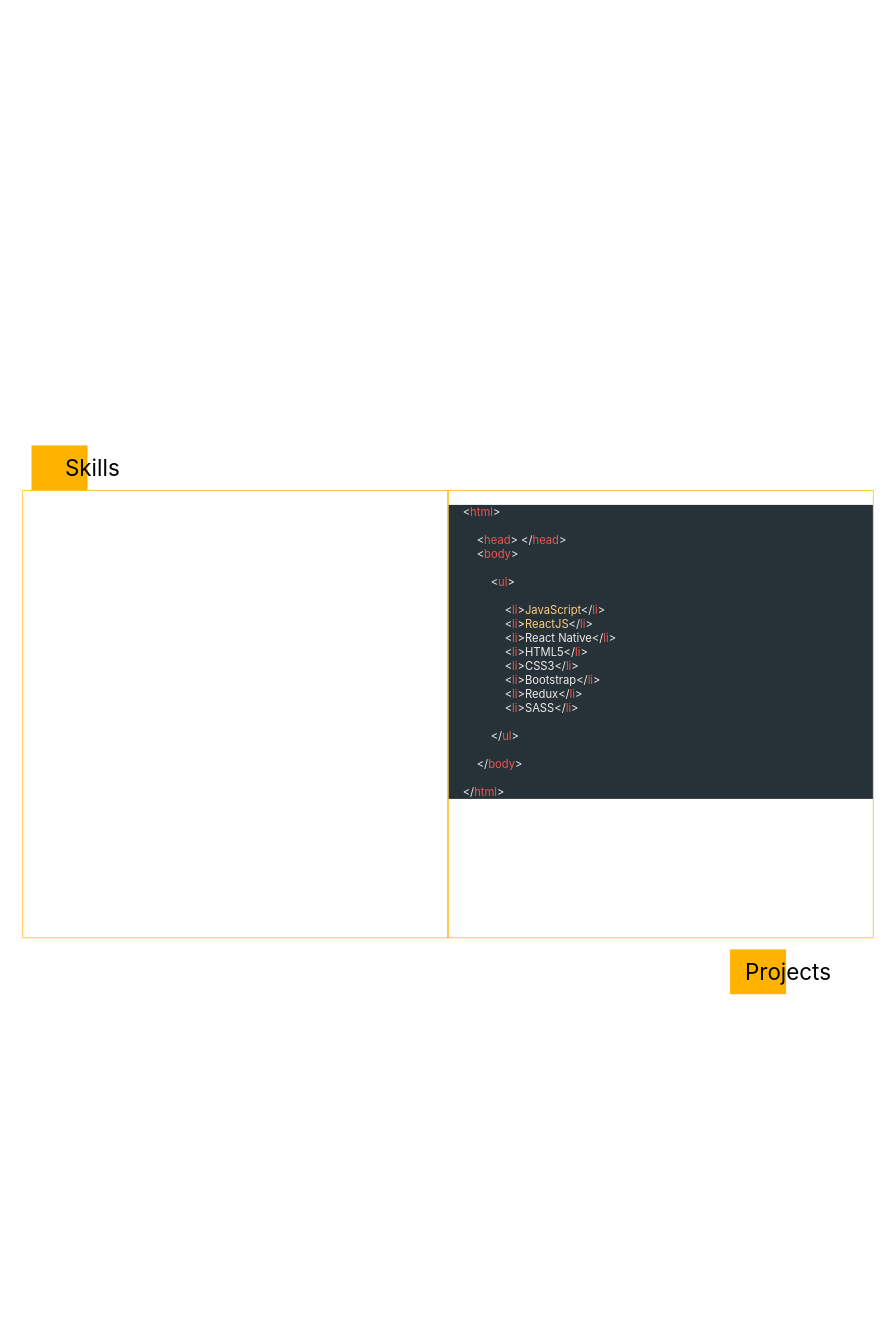
Repository: SebastianArmata22/Portfolio
Page: /
An editor plug-in stored every save of this project. The page is shown before and after the next save, followed by the edit.
The browser window is 1280 px wide. The pictures show the part of the page from y = 836 to 2756 px (the page is 3664 px tall), at 70% of full size.
The project was rebuilt for these pictures with package versions that can differ from the ones it lists, and the page was loaded fresh each time.

Above is the page before, as saved 2021-02-24 18:03:18.

### public/index.html
<!DOCTYPE html>
<html lang="en">
  <head>
    <meta charset="utf-8" />
    <link rel="icon" href="%PUBLIC_URL%/favicon.ico" />
    <meta name="viewport" content="width=device-width, initial-scale=1" />
    <meta name="theme-color" content="#000000" />
    <meta
      name="description"
      content="Web site created using create-react-app"
    />
    <link rel="apple-touch-icon" href="%PUBLIC_URL%/logo192.png" />
    <!--
      manifest.json provides metadata used when your web app is installed on a
      user's mobile device or desktop. See https://developers.google.com/web/fundamentals/web-app-manifest/
    -->
    <link rel="manifest" href="%PUBLIC_URL%/manifest.json" />
    <!--
      Notice the use of %PUBLIC_URL% in the tags above.
      It will be replaced with the URL of the `public` folder during the build.
      Only files inside the `public` folder can be referenced from the HTML.

      Unlike "/favicon.ico" or "favicon.ico", "%PUBLIC_URL%/favicon.ico" will
      work correctly both with client-side routing and a non-root public URL.
      Learn how to configure a non-root public URL by running `npm run build`.
    -->
    <title>Sebastian Armata</title>
  </head>
  <body>
    <noscript>You need to enable JavaScript to run this app.</noscript>
    <div id="root"></div>
    <!--
      This HTML file is a template.
      If you open it directly in the browser, you will see an empty page.

      You can add webfonts, meta tags, or analytics to this file.
      The build step will place the bundled scripts into the <body> tag.

      To begin the development, run `npm start` or `yarn start`.
      To create a production bundle, use `npm run build` or `yarn build`.
    -->
  </body>
</html>

### src/App.js
import './App.css'
//components
import Header from './components/header/Header'
import MainPage from './components/mainPage/MainPage'
import Skills from './components/skills/Skills'
import AboutMe from './components/aboutMe/AboutMe'
import Contact from './components/contact/Contact'
import Footer from './components/footer/Footer'
import Projects from './components/projects/Projects'

function App() {
  return (
    <div className="App">
      <header>
        <Header />
      </header>
      <main>
        <MainPage />
        <AboutMe />
        <Skills />
        <Projects />
        <Contact />
      </main>
      <footer>
        <Footer />
      </footer>
    </div>
  );
}

export default App;

### src/App.css
html, body,*{
    margin: 0;
    padding: 0;

}
*{
    box-sizing: border-box;
}

### src/components/header/Header.js
import classes from './header.module.scss'
import React from 'react'
import logo from '../../icons/logo_armata.svg'

const Header = ()=>{
    return(
        <div className={classes.header}>
            <img src={logo} alt="logo"></img>
            <ul>
                <li>About me</li>
                <li>Skills</li>
                <li>Projects</li>
                <li>Contact</li>
            </ul>
        </div>
    )
}
export default Header

### src/components/mainPage/MainPage.js
import classes from './mainPage.module.scss'
import React from 'react'

const MainPage = ()=>{
    return(
        <div className={classes.main_page_container}>
            <div>
                <p><span>Hello,</span></p>
                <p>I'm Sebastian Armata</p>
                <p>A Frontend <span>Developer</span></p>
            </div>
            <div></div>
        </div>
    )
}
export default MainPage

### src/components/skills/Skills.js
import classes from './skills.module.scss'
import React from 'react'

const Skills = ()=>{

    return(
        <div className={classes.skills}>
            <header>
                <p>Skills</p>
            </header>
            <main>
                <div></div>
                <div>
                <div className={classes.console_content}>
                            <ul>
                                <li>&lt;<span className={classes.html_text}>html</span>&gt;</li>
                                <li>
                                  <ul className="no-top-padding">
                                    <li>
                                      &lt;<span className={classes.html_text}>head</span>&gt;
                                      &lt;/<span className={classes.html_text}>head</span>&gt;
                                    </li>
                                    <li>&lt;<span className={classes.html_text}>body</span>&gt;</li>
                                    <li>
                                      <ul className="no-top-padding">
                                        <li>&lt;<span className={classes.html_text}>ul</span>&gt;</li>
                                        <ul className="no-top-padding">
                                          <li>
                                            &lt;<span className={classes.html_text}>li</span>&gt;
                                            <span className={classes.html_text_2}>JavaScript</span>
                                            &lt;/<span className={classes.html_text}>li</span>&gt;</li>
                                          <li>
                                            &lt;<span className={classes.html_text}>li</span>&gt;
                                            <span className={classes.html_text_2}>ReactJS</span>
                                            &lt;/<span className={classes.html_text}>li</span>&gt;
                                          </li>
                                          <li>
                                            &lt;<span className={classes.html_text}>li</span>&gt;
                                            <span className="html-2">React Native</span>
                                            &lt;/<span className={classes.html_text}>li</span>&gt;
                                          </li>
                                          <li>
                                            &lt;<span className={classes.html_text}>li</span>&gt;
                                            <span className="html-2">HTML5</span>
                                            &lt;/<span className={classes.html_text}>li</span>&gt;
                                          </li>
                                          <li>
                                            &lt;<span className={classes.html_text}>li</span>&gt;
                                            <span className="html-2">CSS3</span>
                                            &lt;/<span className={classes.html_text}>li</span>&gt;
                                          </li>
                                          <li>
                                            &lt;<span className={classes.html_text}>li</span>&gt;
                                            <span className="html-2">Bootstrap</span>
                                            &lt;/<span className={classes.html_text}>li</span>&gt;
                                          </li>
                                          <li>
                                            &lt;<span className={classes.html_text}>li</span>&gt;
                                            <span className="html-2">Redux</span>
                                            &lt;/<span className={classes.html_text}>li</span>&gt;
                                          </li>

                                          <li>
                                            &lt;<span className={classes.html_text}>li</span>&gt;
                                            <span className="html-2">SASS</span>
                                            &lt;/<span className={classes.html_text}>li</span>&gt;
                                          </li>

                                        </ul>
                                        <li>&lt;/<span className={classes.html_text}>ul</span>&gt;</li>
                                      </ul>
                                    </li>
                                    <li>&lt;/<span className={classes.html_text}>body</span>&gt;</li>
                                  </ul>
                                </li>
                                <li>&lt;/<span className={classes.html_text}>html</span>&gt;</li>
                            </ul>
                        </div>
                    <div>
                    </div>
                </div>
            </main>
        </div>
    )
}
export default Skills

### src/components/aboutMe/AboutMe.js
import classes from './aboutme.module.scss'
import React from 'react'

const AboutMe = ()=>{
    return(
        <div className={classes.aboutMe}>
            <header>
                <p>About me</p>
            </header>
        </div>
    )
}
export default AboutMe

### src/components/contact/Contact.js
import classes from './contact.module.scss'
import React from 'react'

const Contact = ()=>{
    return(
        <div className={classes.contact}>
        <header>
            <p>Contact</p>
        </header>
    </div>
    )
}
export default Contact

### src/components/footer/Footer.js
import classes from './footer.module.scss'
import React from 'react'

const Footer = ()=>{
    return(
        <div className={classes.footer}>
            <p>Sebastian Armata </p>
        </div>
        )
}
export default Footer

### src/components/projects/Projects.js
import classes from './projects.module.scss'
import React from 'react'

const Projects = ()=>{
    return(
        <div className={classes.projects}>
            <header>
                <p>Projects</p>
            </header>
        </div>
    )
}
export default Projects

### src/components/header/header.module.scss
@import '../../variables.scss';

.header{
    height: 5rem;
    width: 100%;
    background-color: $third-main-color;
    display: flex;
    align-items: center;
    justify-content: space-between;
    padding: 1rem;
    img{
        padding: 0 2rem;
        height: 50px;
    }
    ul{
        display: flex;
        align-items: center;
        justify-content: space-between;
        width: 50%;
        li{
            list-style: none;
            text-align: center;
            color: $second-main-color;
            width: 10rem;
            font-size: 1rem;
            cursor: pointer;
            &:hover{
                color: $first-main-color;
            }
        }
    }
}

### src/components/mainPage/mainPage.module.scss
@import '../../variables.scss';

.main_page_container{
    height: calc(100vh - 5rem);
    width: 100%;
    background-color: $third-main-color;
    @include flex-container;
    padding: 3rem;
    div{
        width: 50%;
        height: 100%;
        display: flex;
        justify-content: center;
        flex-direction: column;
    }
    p{
        color: $second-main-color;
        font-size: 2rem;
        span{
            color: $first-main-color;
            font-size: 3rem;
        }
    }
}

### src/components/skills/skills.module.scss
@import '../../variables.scss';
.skills{
    width: 100%;
    height: 100vh;
    padding: 2rem;
    header{
        @include flex-container;
        p{
            position: relative;
            font-size: 2rem;
            height: 4rem;
            width: 90%;
            display: flex;
            align-items: center;
            &::after{
                display: block;
                content: "";
                    width: 5rem;
                    height: 100%;
                    z-index: -1;
                    position: absolute;
                    top:0;
                    left: -3rem;
                    background-color: $first-main-color;
            }
        }
    }
    main{
        display: flex;
        >div{
            width: 50%;
            height: calc(100vh - 5rem);
            border: 1px solid $first-main-color;
        }
    }
}
.console_content{
    background-color: #263238;
}
.programming {
    display: inline-block;
    width: 100%;
  }

  .sub-heading{
     font-size: 30px;
    font-weight: 400px;
    text-transform: uppercase;
    text-align: center;
    margin: 0px;

  }
  .title{
    color: #fd7070;
    font-weight: bold;
  }
  .container{
    display:flex;
    padding-top: 20px;
    padding-bottom: 20px;
  }

  .programming-skill {
    float: left;
    margin-right: 10px;
    margin-top: 10px;
  }

  .console-header {
    background: #CFD8DC;
    height: 20px;
  }

  .console-button {
    width: 10px;
    height: 10px;
    border-radius: 50%;
    float: left;
    margin-left: 5px;
  }

  .console-buttons {
    float: right;
    margin-right: 5px;
    margin-top: 5px;
  }

  .btn-1 {
    background: #8BC34A;
  }

  .btn-2 {
    background: #FFB74D;
  }

  .btn-3 {
    background: #D32F2F;
  }

  ul {
    list-style: none;
    color: #EFEBE9;
    padding-left: 20px;
    padding-right: 20px;
    margin-top: 20px;
    margin-bottom: 20px;
  }

  .no-top-padding {
    margin-top: 0;
    margin-bottom: 0;
    padding-left: 10px;
    padding-right: 0px;
  }

  .html_text {
    color: #EF5350;
  }

  .html_text_2 {
    color: #FFCC80;
  }

### src/components/aboutMe/aboutme.module.scss
@import '../../variables.scss';

.aboutMe{
    width: 100%;
    height: 100vh;
    padding: 2rem;
    header{
        @include flex-container;
        p{
            position: relative;
            font-size: 2rem;
            height: 4rem;
            width: 90%;
            display: flex;
            align-items: center;
            justify-content: flex-end;
            &::after{
                display: block;
                content: "";
                    width: 5rem;
                    height: 100%;
                    z-index: -1;
                    position: absolute;
                    top:0;
                    right: -2rem;
                    background-color: $first-main-color;
            }
        }
    }
}

### src/components/contact/contact.module.scss
@import '../../variables.scss';
.contact{
    width: 100%;
    height: 100vh;
    padding: 2rem;
    header{
        @include flex-container;
        p{
            position: relative;
            font-size: 2rem;
            height: 4rem;
            width: 90%;
            display: flex;
            align-items: center;
            &::after{
                display: block;
                content: "";
                    width: 5rem;
                    height: 100%;
                    z-index: -1;
                    position: absolute;
                    top:0;
                    left: 4rem;
                    background-color: $first-main-color;
            }
        }
    }
}

### src/components/footer/footer.module.scss
@import '../../variables.scss';
.footer{
    height: 4rem;
    background-color: $first-main-color;
    @include flex-container;
    color: $second-main-color;
    font-size: 1.25rem;
}

### src/components/projects/projects.module.scss
@import '../../variables.scss';
.projects{
    width: 100%;
    height: 100vh;
    padding: 2rem;
    header{
        @include flex-container;
        p{
            position: relative;
            font-size: 2rem;
            height: 4rem;
            width: 90%;
            display: flex;
            align-items: center;
            justify-content: flex-end;
            &::after{
                display: block;
                content: "";
                    width: 5rem;
                    height: 100%;
                    z-index: -1;
                    position: absolute;
                    top:0;
                    right: 4rem;
                    background-color: $first-main-color;
            }
        }
    }
}

### src/variables.scss
$first-main-color: #FFB300;
$second-main-color: #fff;
$third-main-color:#000;
@mixin flex-container {
    display: flex;
    align-items: center;
    justify-content: center;
}

Loaded but not shown: src/index.js (common file); src/index.css (common file); src/reportWebVitals.js (common file)

After the next save:
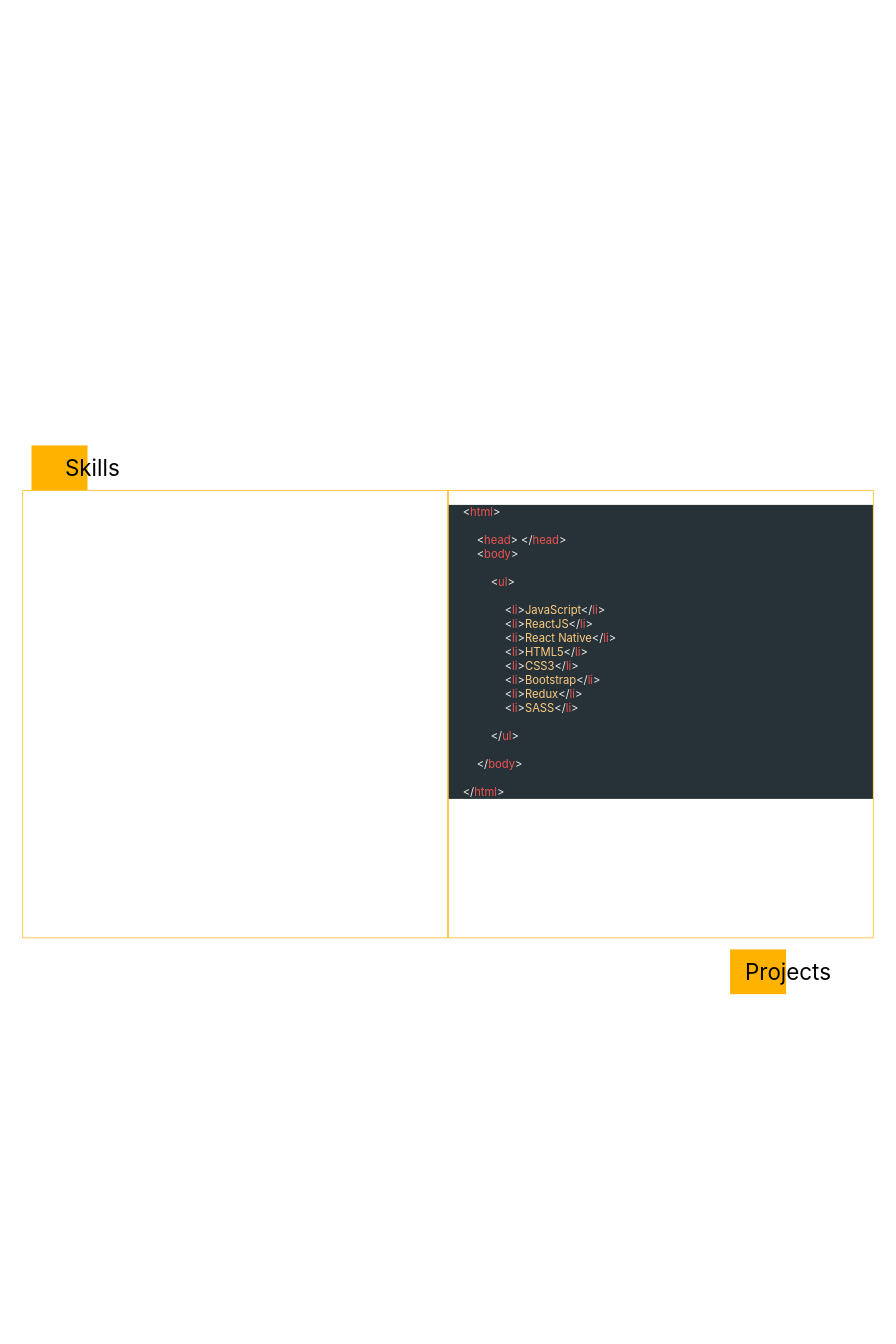
Saved 40 s later.
--- a/src/components/skills/Skills.js
+++ b/src/components/skills/Skills.js
@@ -36,36 +36,34 @@ const Skills = ()=>{
                                           </li>
                                           <li>
                                             &lt;<span className={classes.html_text}>li</span>&gt;
-                                            <span className="html-2">React Native</span>
+                                            <span className={classes.html_text_2}>React Native</span>
                                             &lt;/<span className={classes.html_text}>li</span>&gt;
                                           </li>
                                           <li>
                                             &lt;<span className={classes.html_text}>li</span>&gt;
-                                            <span className="html-2">HTML5</span>
+                                            <span className={classes.html_text_2}>HTML5</span>
                                             &lt;/<span className={classes.html_text}>li</span>&gt;
                                           </li>
                                           <li>
                                             &lt;<span className={classes.html_text}>li</span>&gt;
-                                            <span className="html-2">CSS3</span>
+                                            <span className={classes.html_text_2}>CSS3</span>
                                             &lt;/<span className={classes.html_text}>li</span>&gt;
                                           </li>
                                           <li>
                                             &lt;<span className={classes.html_text}>li</span>&gt;
-                                            <span className="html-2">Bootstrap</span>
+                                            <span className={classes.html_text_2}>Bootstrap</span>
                                             &lt;/<span className={classes.html_text}>li</span>&gt;
                                           </li>
                                           <li>
                                             &lt;<span className={classes.html_text}>li</span>&gt;
-                                            <span className="html-2">Redux</span>
+                                            <span className={classes.html_text_2}>Redux</span>
                                             &lt;/<span className={classes.html_text}>li</span>&gt;
                                           </li>
-
                                           <li>
                                             &lt;<span className={classes.html_text}>li</span>&gt;
-                                            <span className="html-2">SASS</span>
+                                            <span className={classes.html_text_2}>SASS</span>
                                             &lt;/<span className={classes.html_text}>li</span>&gt;
                                           </li>
-
                                         </ul>
                                         <li>&lt;/<span className={classes.html_text}>ul</span>&gt;</li>
                                       </ul>
